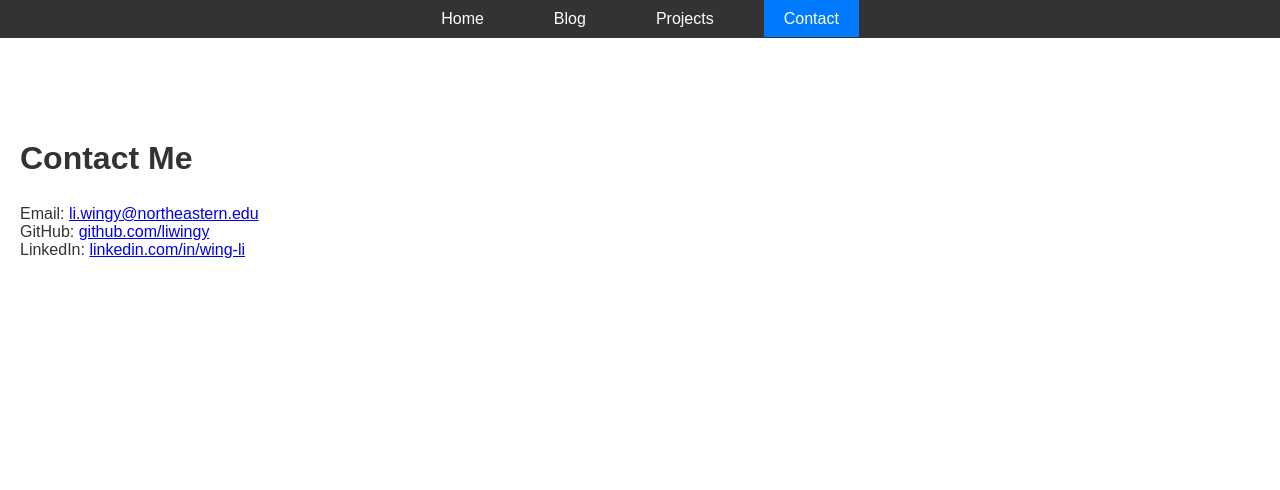
Repository: liwingy/cs5610_fall24_project1
Page: contact.html
The author's editor kept a copy of each file at every save. The page is drawn from the files as they stood at one save, then again after the next save.
The browser window is 1280 px wide. The pictures show the whole page.

Above is the page before, as saved 2024-10-07 17:42:26.

### contact.html
<!DOCTYPE html>
<html lang="en">
<head>
    <meta charset="UTF-8">
    <meta name="viewport" content="width=device-width, initial-scale=1.0">
    <title>Wing Yee Li | Contact</title>
    <link rel="stylesheet" href="style.css">
</head>
<body>
    <nav>
        <ul>
            <li><a href="homepage.html">Home</a></li>
            <li><a href="blog.html">Blog</a></li>
            <li><a href="projects.html">Projects</a></li>
            <li><a href="contact.html" class="active">Contact</a></li>
        </ul>
    </nav>
    <main>
        <section class="contact">
            <h2>Contact Me</h2>
            <br>
            <p>Email: <a href="mailto:li.wingy@northeastern.edu">li.wingy@northeastern.edu</a></p>
            <p>GitHub: <a href="https://github.com/liwingy" target="_blank">github.com/liwingy</a></p>
            <p>LinkedIn: <a href="https://linkedin.com/in/wing-li" target="_blank">linkedin.com/in/wing-li</a></p>
        </section>
    </main>
</body>
</html>

### style.css
* {
    margin: 0;
    padding: 0;
    box-sizing: border-box;
    font-family: 'Arial', sans-serif;
}

body, html {
    height: 100%;
    margin: 0;
}

body {
    background-color: rgb(255, 255, 255);
    color: #333;
    display: flex;
    flex-direction: column;   /* Stack the content vertically */
    height: 100vh;            /* Make sure the body takes up the full viewport height */
}

main {
    display: flex;
    justify-content: center;
    align-items: center;
    flex-direction: column;
    height: auto;
    margin-top: 80px;
    padding-top: 20px;
}

header {
    text-align: center;
}

.blog, .projects, .contact, .about-me {
    margin-top: 20px;
    padding: 20px;
    width: 100%;
}

nav {
    width: 100%;              /* Full width navigation bar */
    background-color: #333;    /* Background color for the navbar */
    position: fixed;          /* Keep the navbar fixed at the top */
    top: 0;
    left: 0;
    padding: 10px 0;          /* Add some padding for spacing */
    z-index: 1;               /* Ensure the navbar stays above other content */
}

nav ul {
    list-style: none;
    display: flex;            /* Display the list items in a row */
    justify-content: center;  /* Center the list items horizontally */
    margin: 0;
    padding: 0;
}

nav ul li {
    margin: 0 15px;           /* Space between each nav item */
}

nav ul li a {
    color: #fff;
    text-decoration: none;
    padding: 10px 20px;       /* Add padding around each link */
    transition: background-color 0.3s;
}

nav ul li a:hover {
    background-color: #555;   /* Change background color on hover */
}

.active {
    background-color: #007BFF; /* Style for the active page link */
}

h1 {
    font-size: 2.5rem;
    margin-top: 60px;        /* Add space from the navbar */
}

h2 {
    font-size: 2rem;
    margin-bottom: 10px;
}

.highlight {
    font-weight: bold;
    color: #007BFF; /* Highlight the text in a different color */
}

.projects-grid {
    display: grid;
    grid-template-columns: repeat(auto-fit, minmax(300px, 1fr)); /* Auto-fit for responsiveness */
    gap: 20px; /* Space between grid items */
    margin-top: 20px;
}

.project-item {
    background-color: #f9f9f9;
    padding: 20px;
    border-radius: 10px;
    text-align: left;
    box-shadow: 0 2px 10px rgba(0, 0, 0, 0.1);
}

.centered-video,
.pics {
    max-width: 300px;
    width: 100%;
    height: auto;
    display: block;
    margin: 20px auto;
    border-radius: 10px;
}

/* Responsive design */
@media screen and (max-width: 768px) {
    nav ul {
        flex-direction: column;  /* Stack the navbar links vertically on small screens */
        align-items: center;
    }

    nav ul li {
        margin: 10px 0;          /* Space out vertically in mobile view */
    }

    h1 {
        font-size: 1.8rem;
        margin-top: 100px;       /* Adjust spacing on small screens */
    }
}

After the next save:
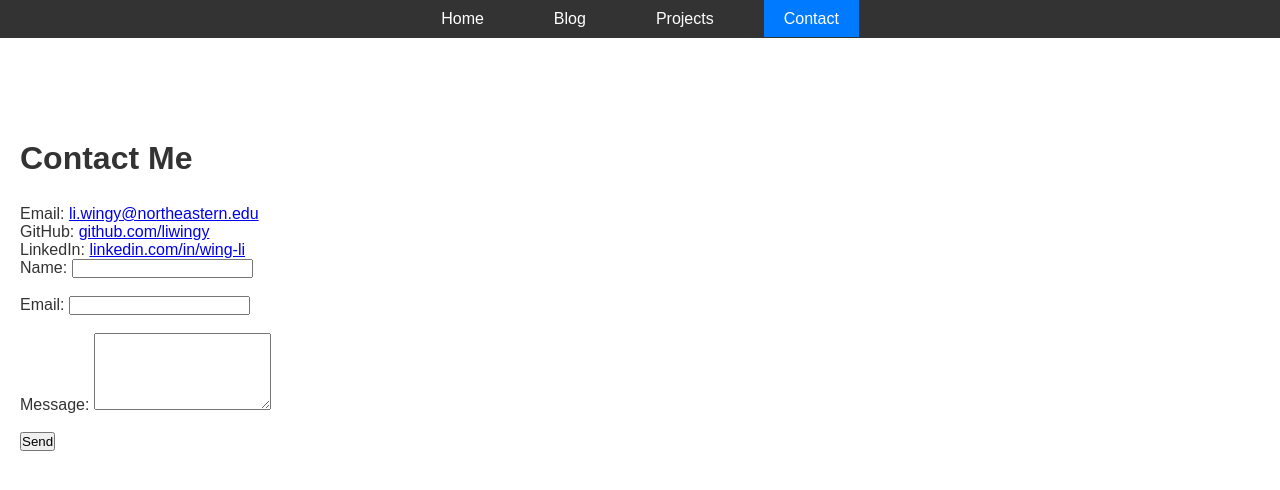
Saved 45 min 57 s later.
--- a/contact.html
+++ b/contact.html
@@ -22,6 +22,22 @@
             <p>Email: <a href="mailto:li.wingy@northeastern.edu">li.wingy@northeastern.edu</a></p>
             <p>GitHub: <a href="https://github.com/liwingy" target="_blank">github.com/liwingy</a></p>
             <p>LinkedIn: <a href="https://linkedin.com/in/wing-li" target="_blank">linkedin.com/in/wing-li</a></p>
+
+            <form action="mailto:li.wingy@northeastern.edu" method="POST" enctype="text/plain">
+                <label for="name">Name:</label>
+                <input type="text" id="name" name="name" required>
+                <br><br>
+
+                <label for="email">Email:</label>
+                <input type="email" id="email" name="email" required>
+                <br><br>
+
+                <label for="message">Message:</label>
+                <textarea id="message" name="message" rows="5" required></textarea>
+                <br><br>
+
+                <input type="submit" value="Send">
+            </form>
         </section>
     </main>
 </body>
